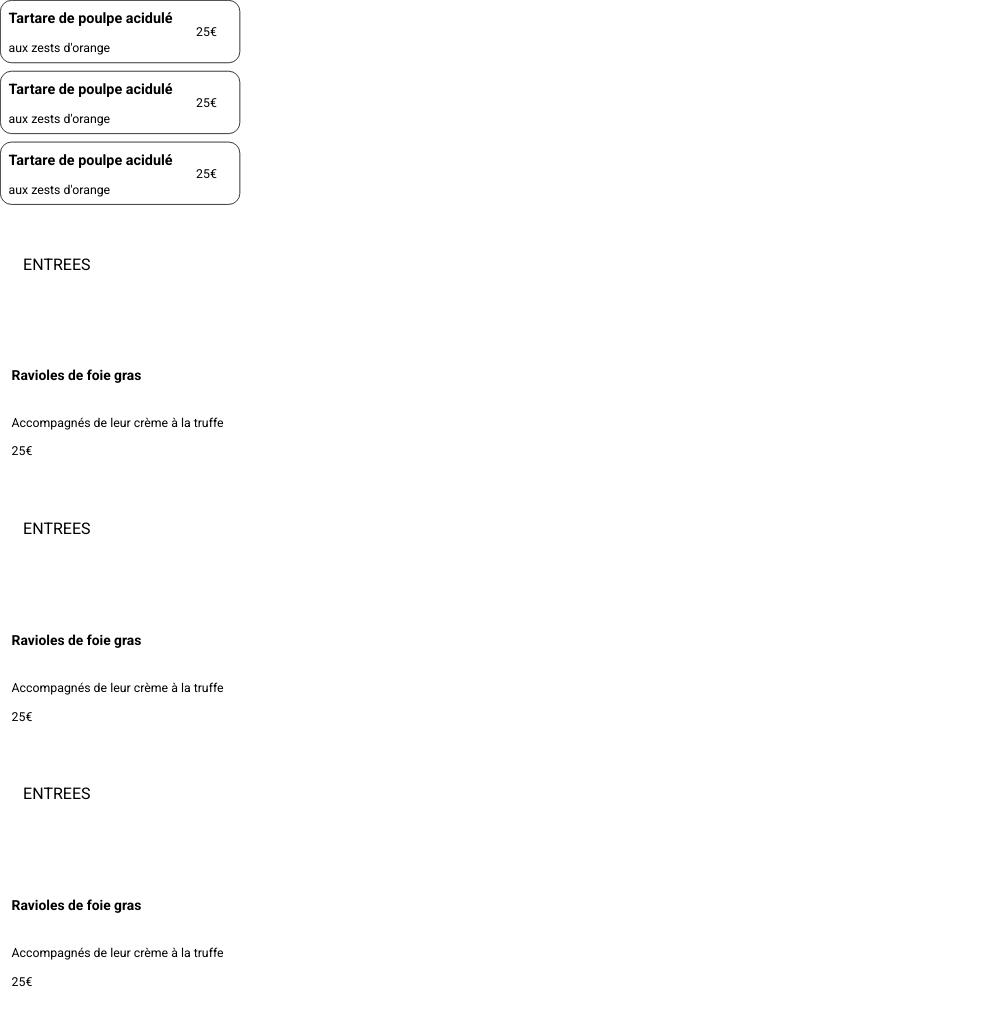
Repository: lysianebo/OHMYFOOD
Page: sass/layout/perso/snipped.html
An editor plug-in stored every save of this project. The page is shown before and after the next save, followed by the edit.
The browser window is 1280 px wide. The pictures show the whole page, at 77% of full size.
Some web fonts or font styles are not loaded; a fallback is used. Some web libraries are served in a nearby version.

Above is the page before, as saved 2022-11-16 04:37:30.

After the next save:
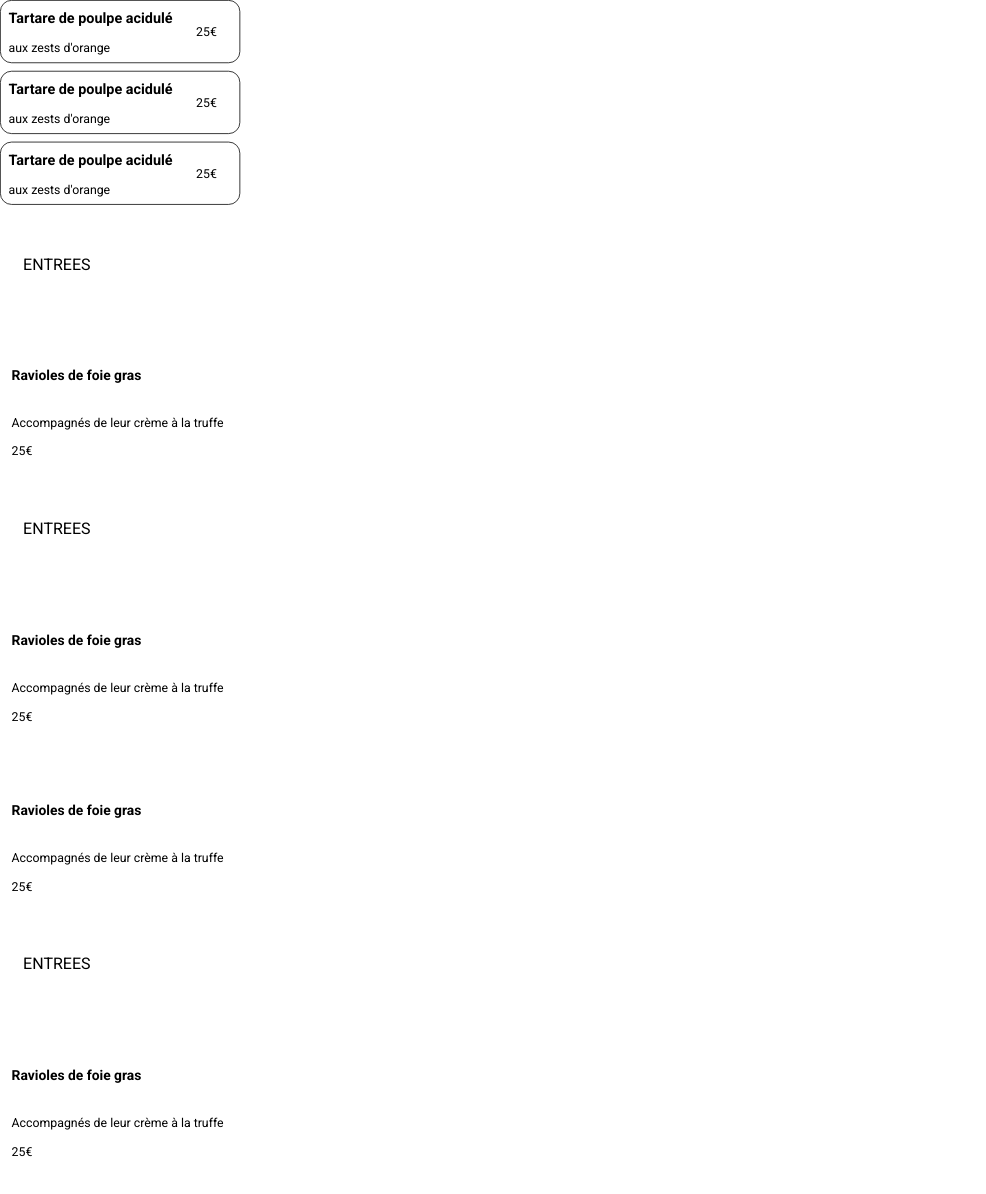
Saved 11 s later.
--- a/sass/layout/perso/snipped.html
+++ b/sass/layout/perso/snipped.html
@@ -78,8 +78,13 @@
                         <span class="prix">25€
                         <span class="valider"><i class="fas fa-check-circle"></i></span></span>
                     </div>
+                    <div class="detail">
+                        <h6>Ravioles de foie gras</h6>
+                        <p>Accompagnés de leur crème à la truffe</p>
+                        <span class="prix">25€
+                        <span class="valider"><i class="fas fa-check-circle"></i></span></span>
+                    </div>
 
-                    <div class="menu">
                         <div class="entrees">
                             <h5 class="bordered-bottom">entrees</h5>
                             <div class="detail">
